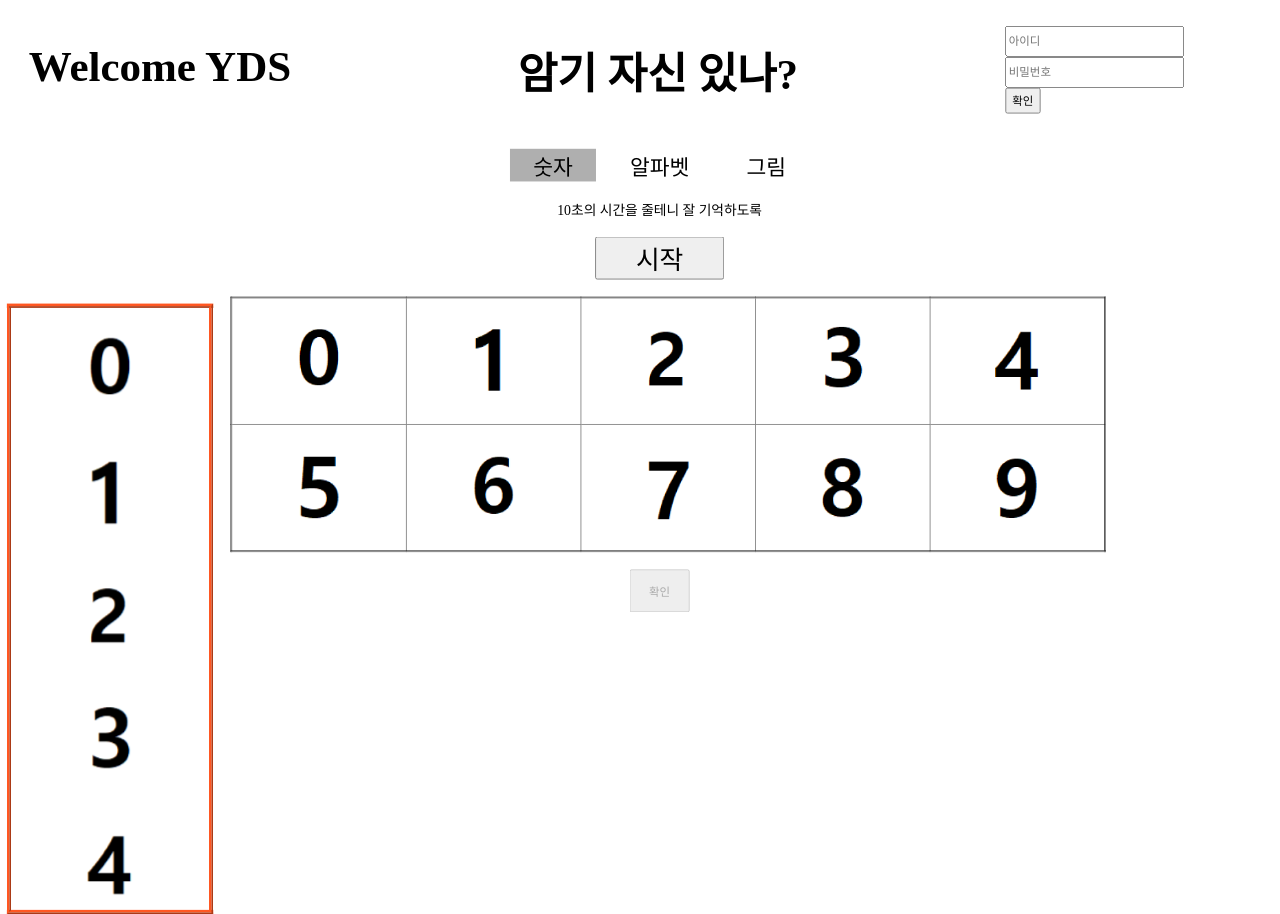
Repository: ejrtn/springbootMaven
Page: deoksu/src/main/resources/static/memorization.html
These files come from the project's save history. The page is drawn as it stood at one moment and after the next save; the edit follows.
The browser window is 1280 px wide. The page is 1488 px wide, so the pictures cover 1488 px, including what lies to the right of the window. The pictures show the whole page, at 86% of full size.
Some web libraries are served in a nearby version.

Above is the page before, as saved 2021-04-10 09:12:01.

After the next save:
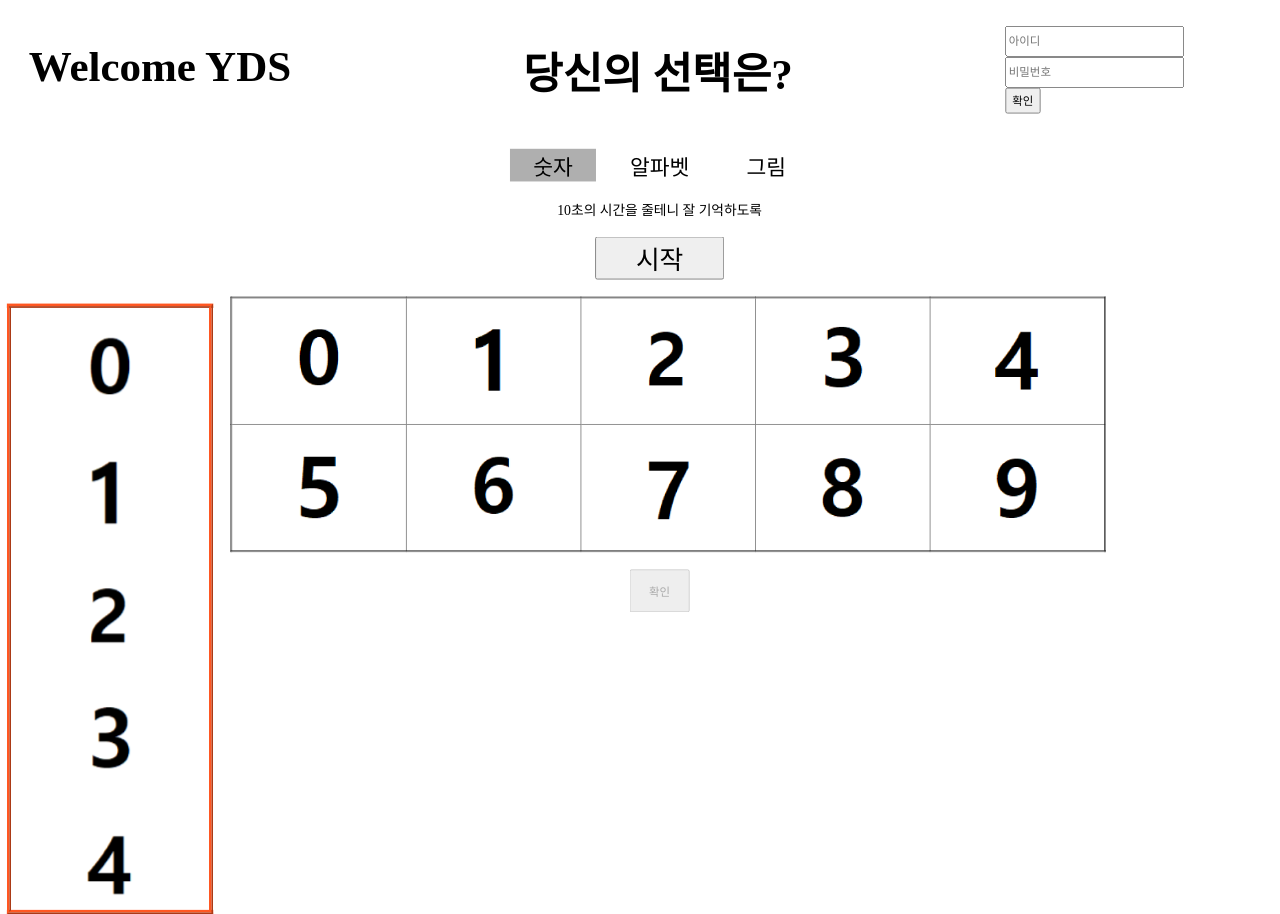
Saved 8 s later.
--- a/deoksu/src/main/resources/static/memorization.html
+++ b/deoksu/src/main/resources/static/memorization.html
@@ -232,7 +232,7 @@
 					<h1 align="center" style="font-size: 50px; width: 350px; height:66px;">Welcome YDS</h1>
 				</td>
 				<td>
-					<h1 align="center"  style="font-size: 50px; width: 400px; margin-left: 200px; margin-right: 200px;">암기 자신 있나?</h1>
+					<h1 align="center"  style="font-size: 50px; width: 400px; margin-left: 200px; margin-right: 200px;">당신의 선택은?</h1>
 				</td>
 				<td>
 					<input type="text" placeholder="아이디" style="height: 30px; width: 200px;">
@@ -241,6 +241,8 @@
 				</td>
 			</tr>
 		</table>
+	</div>
+	<div align="center">
 		<div style="display: flex; flex-flow: low; margin: 0 auto; height: 700px; width: 1300px; padding-right: 180px" id="bo">
 			<div style="width: 230px; height: 700px; margin-top: 200px; border: 5px ridge #ff5722; overflow:scroll; " id="list_all">
 			</div>
